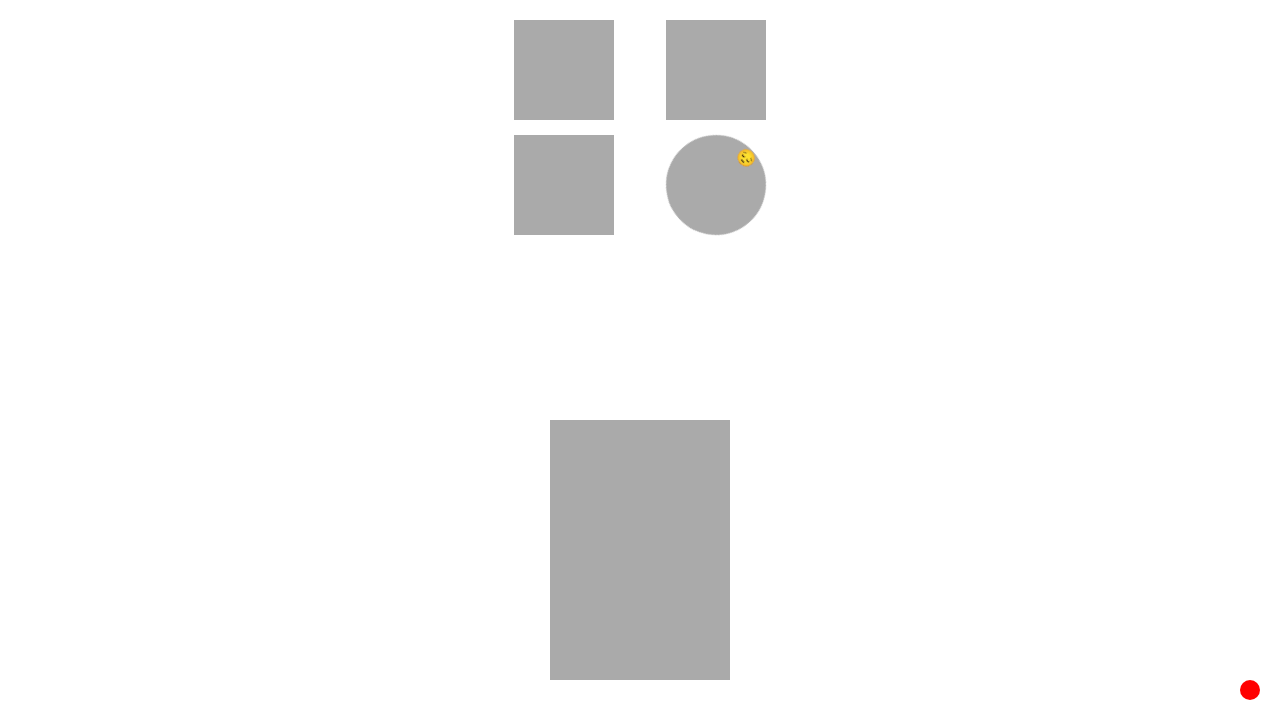
Repository: liuguangqing/tab-scroll-
Page: index14.html
An editor plug-in stored every save of this project. The page is shown before and after the next save, followed by the edit.
The browser window is 1280 px wide. The pictures show the whole page.
The style sheet was rebuilt from its Sass, Less or Tailwind sources for each picture, by a compiler version that may differ from the author's.

Above is the page before, as saved 2018-07-04 15:28:04.

### index14.html
<!DOCTYPE html>
<html lang="en">

<head>
    <meta charset="UTF-8">
    <meta name="viewport" content="width=device-width, initial-scale=1.0">
    <meta http-equiv="X-UA-Compatible" content="ie=edge">
    <title>Document</title>
    <link rel="stylesheet" href="css/jquery.fullPage.css">
    <link rel="stylesheet" href="css/index14.css">
    <style>
    </style>
</head>

<body>
    <a href="#"></a>
    <div id="dowebok">
        <div class="section onescreen">
            <!-- <h3 class="onecon">第一屏</h3> -->
            <div class="contain">
                <div class="chilbox1"></div>
                <div class="chilbox2"></div>
                <div class="chilbox3"></div>
                <div class="chilbox4">😔</div>
            </div>
        </div>
        <div class="section twoscreen">
            <h3 class="twocon">第二屏</h3>
            <div class="chilbox1"></div>
        </div>
        <div class="section thrscreen">
            <h3 class="chilbox1">第三屏</h3>

            <!-- <div class="slide">第二屏 >>>>>> 第一屏</div>
            <div class="slide">第二屏 >>>>>> 第一屏</div>
            <div class="slide">第二屏 >>>>>> 第一屏</div> -->
        </div>
        <div class="section">
            <h3>第四屏</h3>
        </div>
    </div>
</body>
<script src="js/jquery-1.8.3.min.js"></script>
<script src="js/jquery.fullPage.min.js"></script>
<script>
    $(function () {
        $('body').show()

        function pageone() {
            $('.onecon').addClass('tns_scale_15')
                    $('.onescreen .chilbox1').animate({
                        top: '20px',
                        left: '48%'
                    }, 800, function () {
                        $('.onescreen .chilbox2').animate({
                            top: '20px',
                            left: '52%'
                        }, 800, function () {
                            $('.onescreen .chilbox3').animate({
                                top: '135px',
                                left: '48%'
                            }, 800, function () {
                                $('.onescreen .chilbox4').animate({
                                    top: '135px',
                                    left: '52%'
                                }, 800, function () {
                                    $('.onescreen .chilbox4').addClass(
                                        'rotateplus')
                                })
                            })
                        })
                    })
        }
        $('#dowebok').fullpage({
            'resize': true,
            // 'sectionsColor': ['#1bbc9b', '#4BBFC3', '#7BAABE', '#f90'],
            'scrollingSpeed': 600,
            'scrollOverflow': true,
            'continuousVertical': true,
            'css3': true,
            // 滑动快
            'afterLoad': function (anchorLink, index) {
                console.log(index + 'afterLoad');
                if (index == 1) {
                    pageone() ;
                } else if (index == 2) {
                    $('.twocon').addClass('tns_scale_15')

                }
            },
            'onLeave': function (index) {
                console.log(index + 'onLeave');
                if (index == 1) {
                    $('.onecon').removeClass('tns_scale_15');
                    $('.onescreen .chilbox1').animate({
                        top: '-120px',
                        left: '-20px'
                    }, 0, function () {
                        $('.onescreen .chilbox2').animate({
                            top: '-120px',
                            left: '110%'
                        }, 0, function () {
                            $('.onescreen .chilbox3').animate({
                                top: '400px',
                                left: '-20px'
                            }, 0, function () {
                                $('.onescreen .chilbox4').animate({
                                    top: '400px',
                                    left: '110%'
                                }, 0, function () {
                                    $('.onescreen .chilbox4').removeClass(
                                        'rotateplus')
                                })
                            })
                        })
                    })
                } else if (index == 2) {
                    // $('.twocon').animate({
                    //     left: 200,
                    //     opacity:0
                    // },1500,'swing')
                    $('.twocon').removeClass('tns_scale_15')
                }
            },
            'afterRender': function () {
                pageone() ;
            },
            // 滑动子块
            'afterSlideLoad': function (anchorLink, index, slideIndex, direction) {
                console.log(index + ">>" + slideIndex + 'afterSlideLoad')
            }
        });
    })
</script>

</html>

### css/index14.less
* {
    text-align: center;
    margin: 0 ;
    padding: 0;
}
body{
    display: none;
}
.section{
    position: relative;
}
.twocon,.onecon {
    /* left: 200px; */
    opacity: 0;
    transition: all 1s ;
    transform: scale(10)
}
.tns_scale_15{
    opacity: 1;
    transform: scale(2)
}
@keyframes rotates{
    0%{
        transform: rotate(0deg)
    }
    100%{
        transform: rotate(360deg)
    }
}
.rotateplus{
    animation: rotates 2s linear 0s infinite;
}
.onescreen{
    background-color: #fff;
    .contain {
        div {
            position: absolute;
            height: 100px ;
            width: 100px ;
            background-color: #aaa;

        }
        & > div:nth-of-type(odd){
            top: -120px;
            left: -20px;
            transform: translateX(-100%)
        }
        & > div:nth-of-type(even){
            left: 110%;
            top: -120px;
        }
        & > div:nth-of-type(n+3){
            top: 400px;
        }
        & > div:nth-of-type(4){
            border-radius: 100%;
        }
    }
}
.twoscreen{
    div {
        div {
            height: 260px;
            width: 180px;
            background-color: #aaa;
            position: absolute;
            top: -300px;
            left: 50%;
            transform: translateX(-50%);
        }
    }
}
// #dowebok > div:nth-of-type(1){
//     background: url('https://ss0.baidu.com/94o3dSag_xI4khGko9WTAnF6hhy/image/h%3D300/sign=1d071b503501213fd03348dc64e636f8/fc1f4134970a304eb5088f73ddc8a786c9175c14.jpg') no-repeat center center / cover;

// }
// #dowebok > div:nth-of-type(2){
//     background: url('https://ss3.baidu.com/-fo3dSag_xI4khGko9WTAnF6hhy/image/h%3D300/sign=1bc340c50e087bf462ec51e9c2d2575e/37d3d539b6003af33cd1a3ee392ac65c1138b6d0.jpg') no-repeat center center / cover ;

// }
// #dowebok > div:nth-of-type(3){
//     background: url('https://ss3.baidu.com/-fo3dSag_xI4khGko9WTAnF6hhy/image/h%3D300/sign=4ea14b842a9759ee555066cb82fa434e/0dd7912397dda144eb6f433bbeb7d0a20df486d0.jpg') no-repeat center center / cover ;

// }
// #dowebok > div:nth-of-type(4){
//     background: url('https://f.51fanbei.com/h5/app/activity/2018/06/huanmeiresist_bg.png') no-repeat center center / cover ;

// }
a{
    position: fixed;
    bottom: 20px ;
    right: 20px ;
    width: 20px ;
    height: 20px ;
    background-color: red ;
    z-index: 99;
    border-radius: 100%;
}

Loaded but not shown: css/jquery.fullPage.css (library); js/jquery-1.8.3.min.js (library); js/jquery.fullPage.min.js (library)

After the next save:
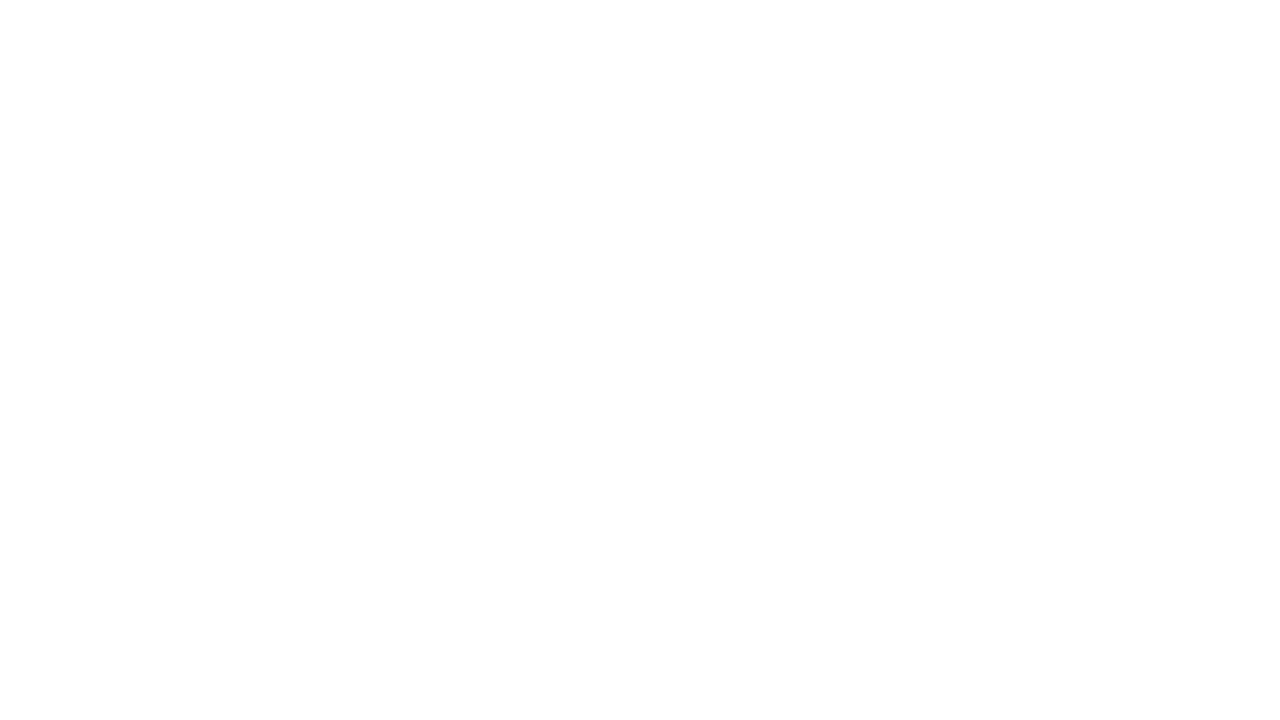
Console error: SyntaxError: Unexpected token '}'
Saved 32 s later.
--- a/index14.html
+++ b/index14.html
@@ -85,7 +85,7 @@
                     pageone() ;
                 } else if (index == 2) {
                     $('.twocon').addClass('tns_scale_15')
-
+                    $('.twoscreen .chilbox1').
                 }
             },
             'onLeave': function (index) {

After the save that followed:
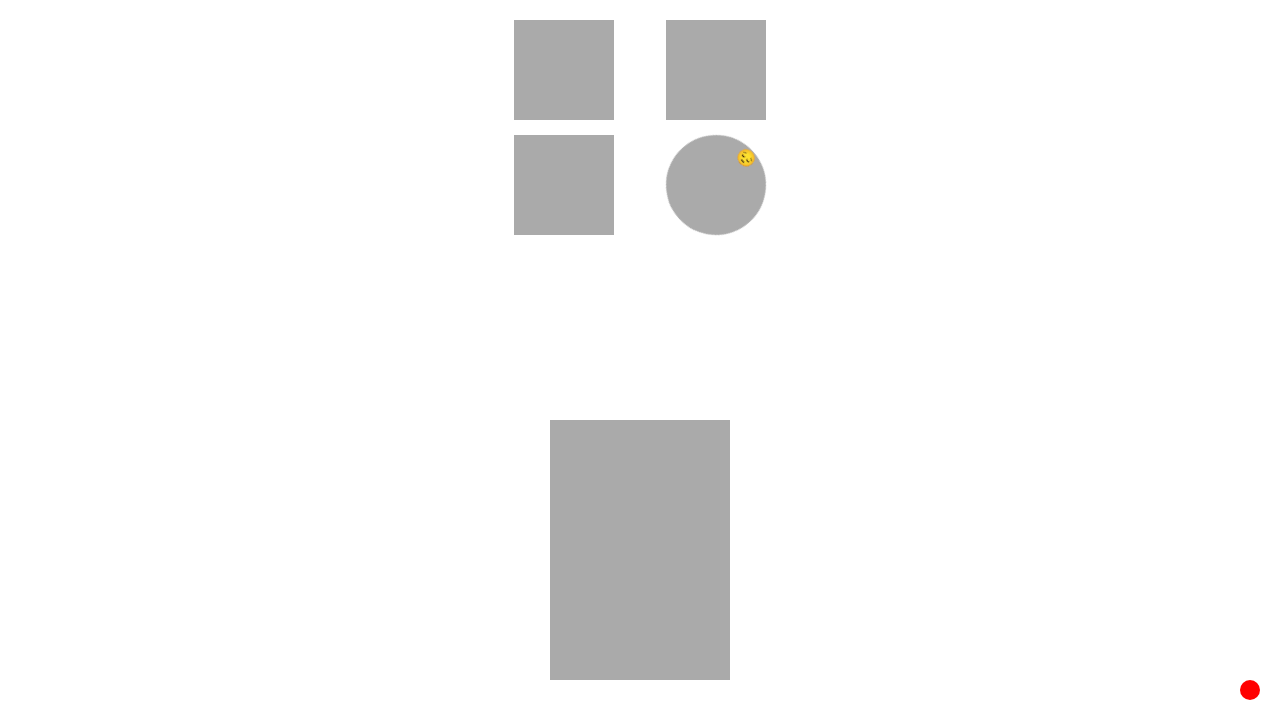
The error is gone.
Saved 16 s later.
--- a/index14.html
+++ b/index14.html
@@ -85,7 +85,10 @@
                     pageone() ;
                 } else if (index == 2) {
                     $('.twocon').addClass('tns_scale_15')
-                    $('.twoscreen .chilbox1').
+                    $('.twoscreen .chilbox1').animate({
+                        top: '-120px',
+                        left: '-20px'
+                    })
                 }
             },
             'onLeave': function (index) {
